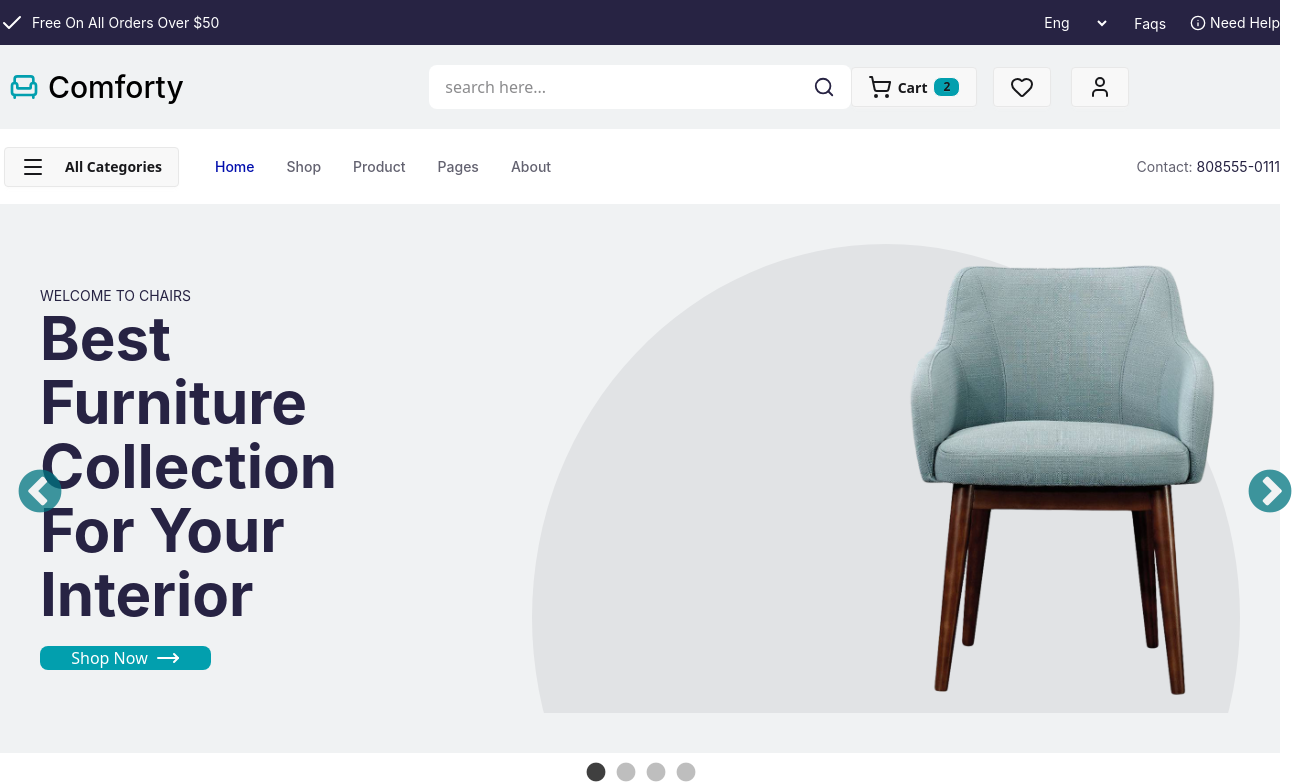
Repository: Neda0o0/store-template-website
Page: /
An editor plug-in stored every save of this project. The page is shown before and after the next save, followed by the edit.
The browser window is 1280 px wide. The page is 1295 px wide, then 1280 px, then 1295 px, so the pictures cover 1295 px, including what lies to the right of the window. The pictures show the whole page.
The project was rebuilt for these pictures with package versions that can differ from the ones it lists, and the page was loaded fresh each time. Also part of the build but not shown: vite.config.js, src/Pages/Auth/Auth.jsx, src/Pages/Auth/Login/Login.jsx, src/Pages/Auth/Register/Register.jsx, src/Pages/Error/Error.jsx, src/AuthCheck/AuthCheck.jsx.

Above is the page before, as saved 2025-10-23 11:54:15.

After the next save:
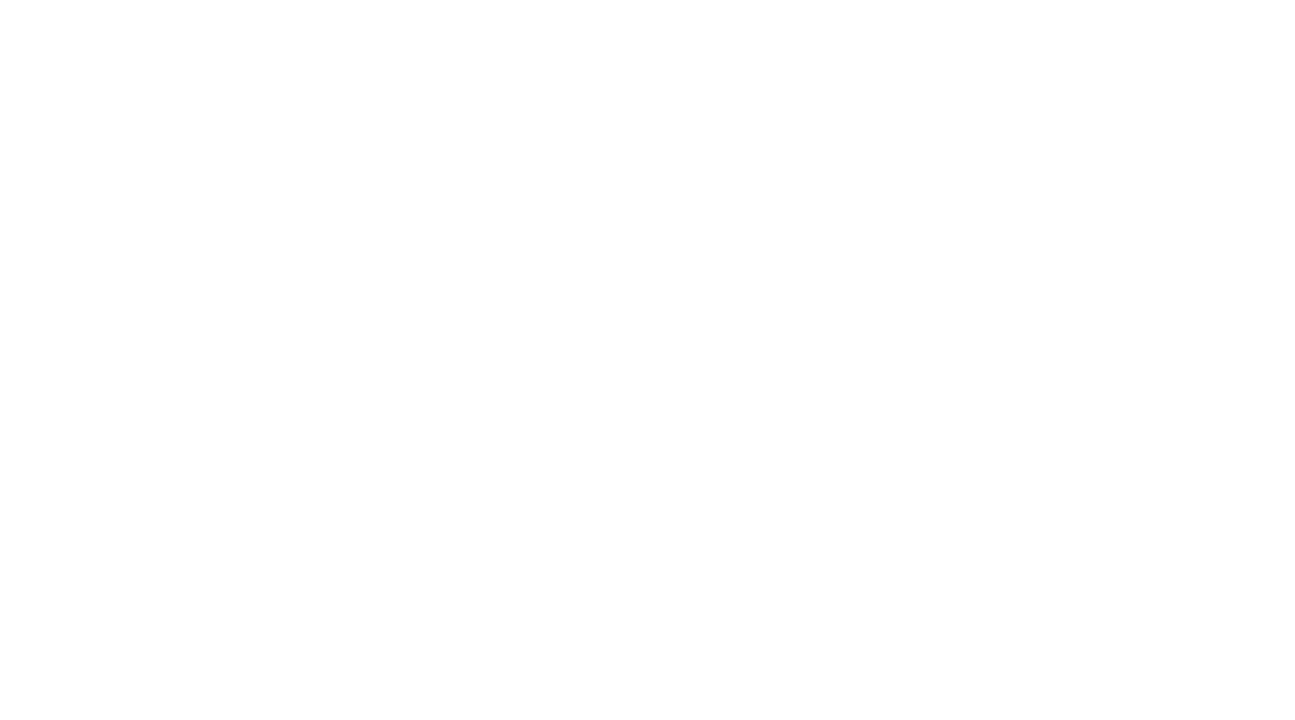
Console error: ReferenceError: Delivery is not defined
Saved 2 min 9 s later.
--- a/src/Pages/Home/Home.jsx
+++ b/src/Pages/Home/Home.jsx
@@ -7,6 +7,9 @@ const Home = () => {
         <Banner></Banner>
       </div>
       {/* delivery component */}
+      <div className="w-full min-h[150px] shadow-md bg-white ">
+        <Delivery></Delivery>
+      </div>
     </div>
   );
 };

After the save that followed:
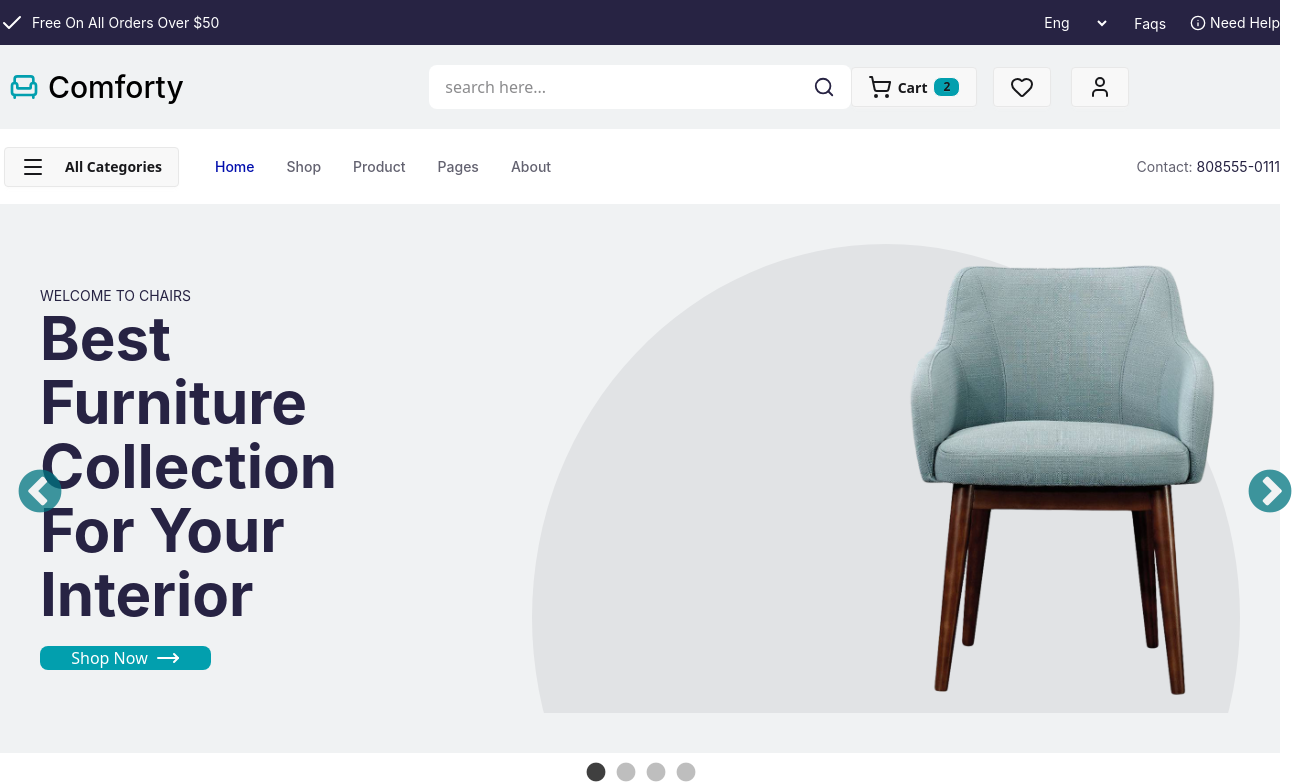
The error is gone.
Saved 37 s later.
--- a/src/Pages/Home/Home.jsx
+++ b/src/Pages/Home/Home.jsx
@@ -1,4 +1,5 @@
 import Banner from "../../components/Banner/Banner";
+import Delivery from "../../components/Delivery/Delivery";
 const Home = () => {
   return (
     <div>
